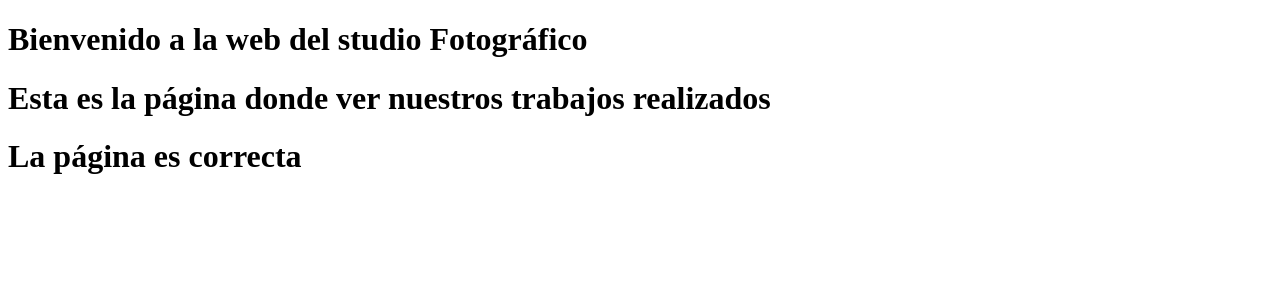
Repository: aguerrerocabrera/PruebaOK
Page: index.html
These files come from the project's save history. The page is drawn as it stood at one moment and after the next save; the edit follows.
The browser window is 1280 px wide. The pictures show the whole page.

Above is the page before, as saved 2022-10-30 21:24:36.

After the next save:
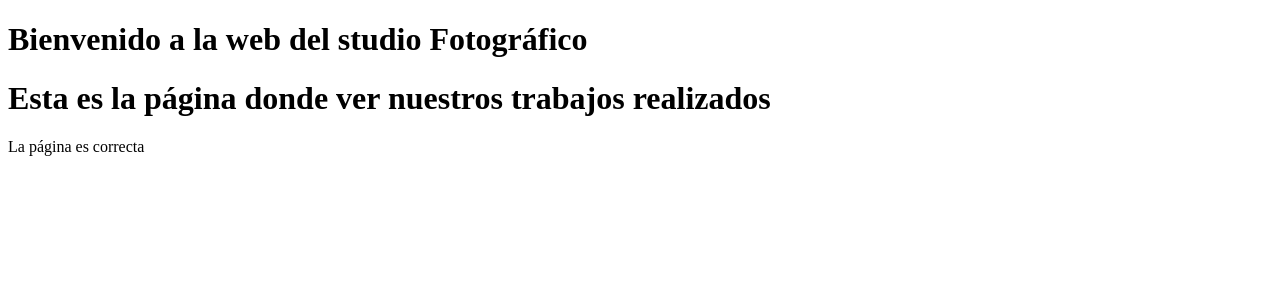
Saved 93 s later.
--- a/index.html
+++ b/index.html
@@ -6,6 +6,6 @@
     <body>
         <h1>Bienvenido a la web del studio Fotográfico</h1>
         <h1>Esta es la página donde ver nuestros trabajos realizados</h1>
-        <h1> La página es correcta</h1>
+        <p> La página es correcta</p>
     </body>
 </html>
